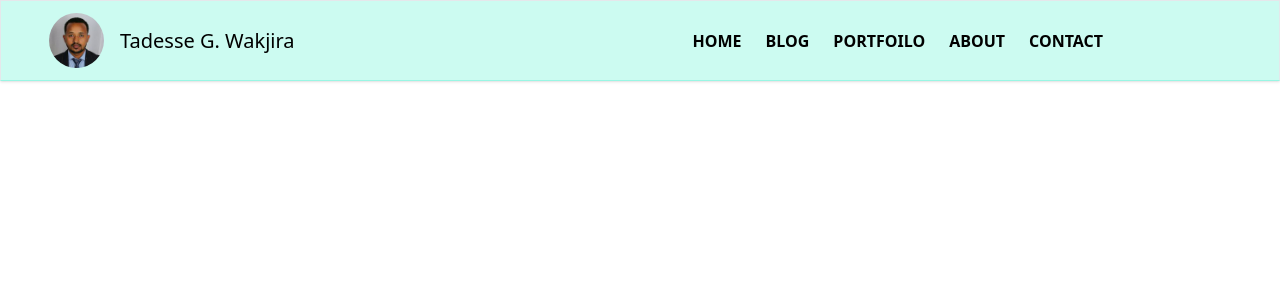
Repository: Elias-Kibret/Tade-portfoilo
Page: /
An editor plug-in stored every save of this project. The page is shown before and after the next save, followed by the edit.
The browser window is 1280 px wide. The pictures show the whole page.
The project was rebuilt for these pictures with package versions that can differ from the ones it lists, and the page was loaded fresh each time. The framework's server and built-in components were replaced by stand-ins that run in the browser. Also part of the build but not shown: next.config.js.

Above is the page before, as saved 2022-06-27 06:12:09.

After the next save:
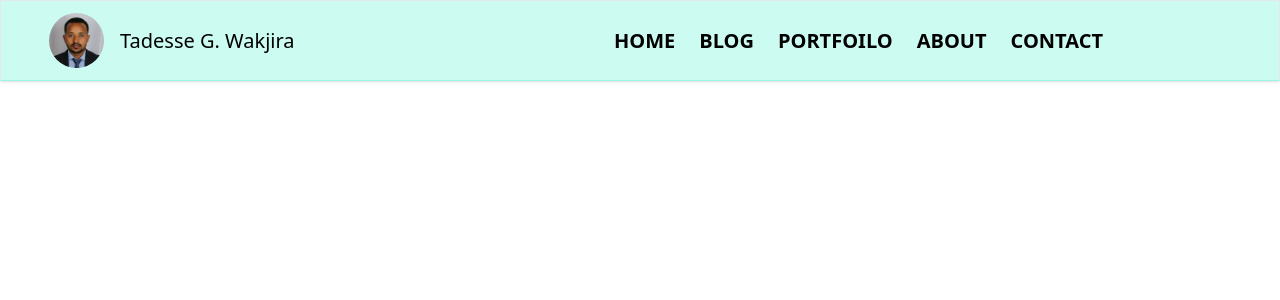
Saved 23 s later.
--- a/components/Header.tsx
+++ b/components/Header.tsx
@@ -4,13 +4,13 @@
 import Logo from '../public/Img/Tadesse.jpg'
 const Header = () => {
   return (
-<header className="bg-teal-100 px-12 py-3 shadow border  border-b-teal-200">
+<header className="text-xl bg-teal-100 px-12 py-3 shadow border  border-b-teal-200">
    <div className="flex justify-between items-center">
       <div className="flex items-center space-x-4">
 
        <Image className="rounded-full" src={Logo} alt="Taddes" width={55} height={55} />
 
-        <span className="text-xl">Tadesse G. Wakjira</span>
+        <span >Tadesse G. Wakjira</span>
       </div>
       <div className="mr-32">
         <nav className="flex list-none space-x-6 font-bold hidden md:inline-flex">

After the save that followed:
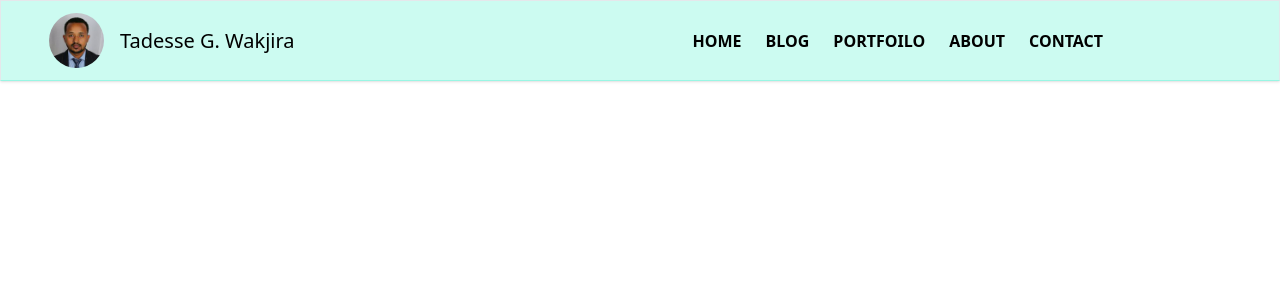
Saved 18 s later.
--- a/components/Header.tsx
+++ b/components/Header.tsx
@@ -4,13 +4,13 @@
 import Logo from '../public/Img/Tadesse.jpg'
 const Header = () => {
   return (
-<header className="text-xl bg-teal-100 px-12 py-3 shadow border  border-b-teal-200">
+<header className="bg-teal-100 px-12 py-3 shadow border  border-b-teal-200">
    <div className="flex justify-between items-center">
       <div className="flex items-center space-x-4">
 
        <Image className="rounded-full" src={Logo} alt="Taddes" width={55} height={55} />
 
-        <span >Tadesse G. Wakjira</span>
+        <span className="text-xl">Tadesse G. Wakjira</span>
       </div>
       <div className="mr-32">
         <nav className="flex list-none space-x-6 font-bold hidden md:inline-flex">
